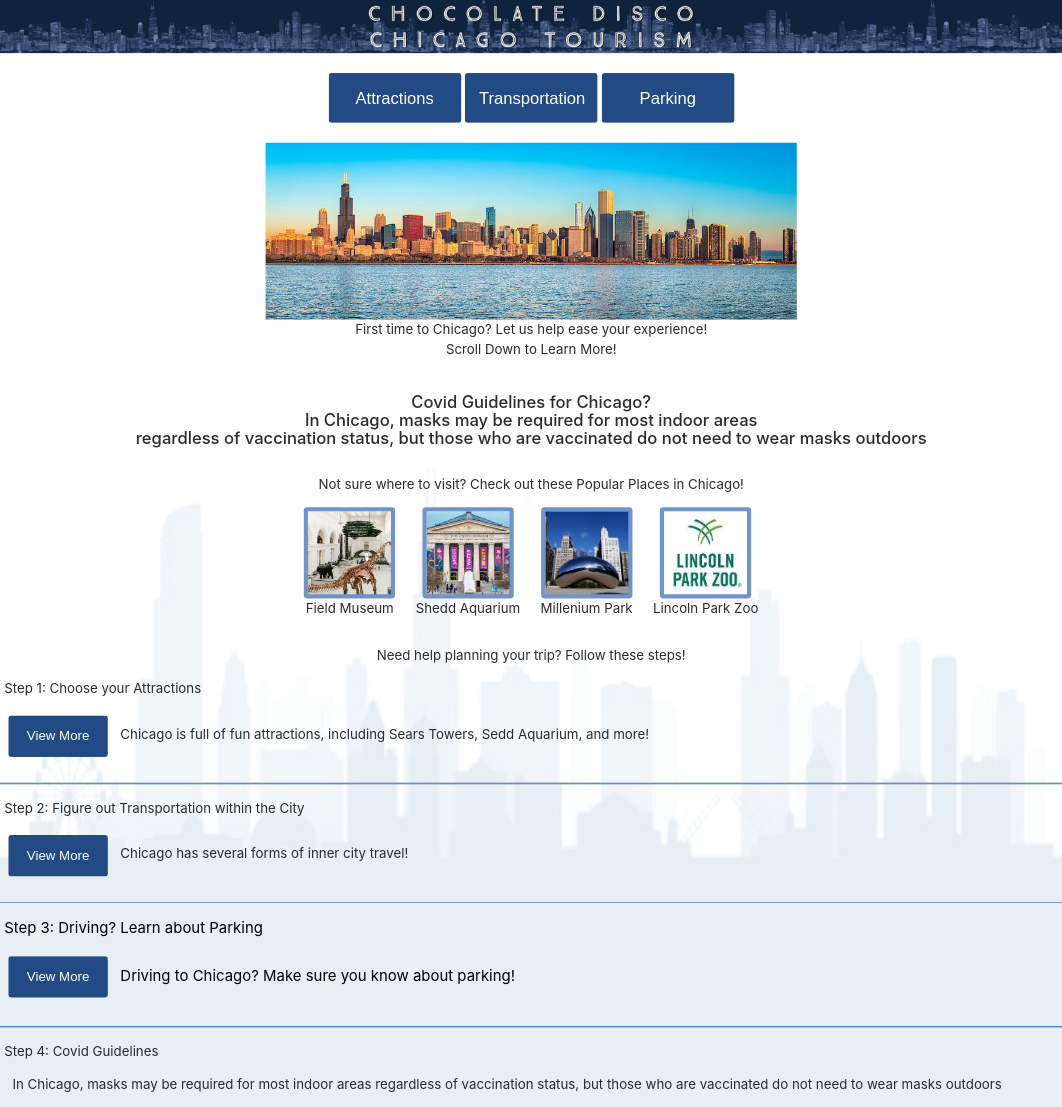
Repository: rkodit2/cs422project
Page: homepage.html
These files come from the project's save history. The page is drawn as it stood at one moment and after the next save; the edit follows.
The browser window is 1280 px wide. The pictures show the whole page, at 83% of full size.

Above is the page before, as saved 2021-11-26 13:51:25.

### homepage.html
<!DOCTYPE html>
<html>
  <head>
  <meta charset="utf-8">
  <meta name="viewport" content="width=device-width, initial-scale=1.0">


  <title>Chocolate Disco Chicago Tourism</title>
  <link rel="stylesheet" href=
  "https://maxcdn.bootstrapcdn.com/bootstrap/4.0.0-alpha.6/css/bootstrap.css">


    <link rel="stylesheet" href="homepage.css">

  </head>


  <body style="background-image:url('pictures/background5.jpg');background-position: 0px 0px; background-repeat: no-repeat;background-size: 100% 100%;">

    <div id="banner">
      <img src="pictures/bannerCopy2.jpg" alt="mainpage banner" style = "width: 100%;" title = "Chocolate Disco Chicago Tourism Homepage" class = "center" onclick="location.href='homepage.html';">
    </div>

    <br>

    <div class= "button-center">
      <button type ="button" id="Attractions" class="btn" onclick="location.href='attractions.html';" style="width: 160px; height: 60px; font-size: 20px; background-color: rgb(34, 74, 133); color: white;" onmouseenter = "this.style.backgroundColor = 'rgb(111, 148, 204)'" onmouseleave="style.backgroundColor = 'rgb(34, 74, 133)'"> Attractions </button>
      <button type ="button" id="Transportation" class="btn" onclick="location.href='transportation.html';" style="width: 160px; height: 60px; font-size: 20px; background-color: rgb(34, 74, 133); color: white;" onmouseenter = "this.style.backgroundColor = 'rgb(111, 148, 204)'" onmouseleave="style.backgroundColor = 'rgb(34, 74, 133)'"> Transportation </button>
      <button type ="button" id="Parking" class="btn" onclick="location.href='parking.html';" style="width: 160px; height: 60px; font-size: 20px; background-color: rgb(34, 74, 133); color: white;" onmouseenter = "this.style.backgroundColor = 'rgb(111, 148, 204)'" onmouseleave="style.backgroundColor = 'rgb(34, 74, 133)'"> Parking </button>
    </div>
    <br>
    <img src="pictures/skyline.jpg" alt="mainpage skyline" class = "center">
    <p style="text-align: center;"> First time to Chicago? Let us help ease your experience! <br> Scroll Down to Learn More!</p>
    <br>
    <h5 style = "text-align: center;">Covid Guidelines for Chicago? <br> In Chicago, masks may be required for most indoor areas <br> regardless of vaccination status, but those who are vaccinated do not need to wear masks outdoors </h5>
    <br>
    <p style="text-align: center;">Not sure where to visit? Check out these Popular Places in Chicago! </p>

    <div class= "button-center">
      <div class = "fm" style = "display: inline-block;  text-align: center; padding-left: 10px; padding-right: 10px;">
        <button type = "button" id = "FM" class="btn" onclick="location.href='fieldMuseum.html';" style = "width: 110px; height: 110px; vertical-align: middle; white-space: normal; background:url('pictures/Field\ Museum.jpg'); background-size: 110px 110px; border: 5px solid rgb(111, 148, 204);  background-repeat: no-repeat; background-position: center;"></button>
        <br>
        <label>Field Museum</label>
    </div>
    <div class = "shedd" style = "display: inline-block;  text-align: center; padding-left: 10px; padding-right: 10px;">
      <button type = "button" id = "Shedd" class="btn" onclick="location.href='sheddAquarium.html';" style = "width: 110px; height: 110px; vertical-align: middle; white-space: normal; background:url('pictures/Shedd-Aquarium-scaled.jpg'); background-size: 110px 110px; border: 5px solid rgb(111, 148, 204);  background-repeat: no-repeat; background-position: center;"> </button>
      <br>
      <label>Shedd Aquarium</label>
    </div>
    <div class = "mp" style = "display: inline-block;  text-align: center; padding-left: 10px; padding-right: 10px;">
      <button type = "button" id = "MP" class="btn" onclick="location.href='millenium.html';" style = "width: 110px; height: 110px; vertical-align: middle; white-space: normal; background:url('pictures/chicago-millenium-park-sculpture.jpg'); background-size: 110px 110px; border: 5px solid rgb(111, 148, 204);  background-repeat: no-repeat; background-position: center;"> </button>
      <br>
      <label>Millenium Park</label>
    </div>
    <div class = "lpz" style = "display: inline-block;  text-align: center; padding-left: 10px; padding-right: 10px;">
      <button type = "button" id = "LPZ" class="btn" onclick="location.href='lincolnParkZoo.html';" style = "width: 110px; height: 110px; vertical-align: middle; white-space: normal; background:url('pictures/download.jfif'); background-size: 110px 110px; border: 5px solid rgb(111, 148, 204);  background-repeat: no-repeat; background-position: center;"></button>
      <br>
      <label>Lincoln Park Zoo</label>
    </div>

    </div>

    <br>

    <p style="text-align: center;"> Need help planning your trip? Follow these steps!</p>

    <p style = "padding-left: 5px;"> Step 1: Choose your Attractions </p>
    <div class= "viewMore">
      <button type ="button" id="VMA" class="btn" onclick="location.href='attractions.html';" style = "width: 120px; height:50px; vertical-align: middle; margin-left: 10px; margin-top: 5px; white-space: normal; background-color: rgb(34, 74, 133); color: white;" onmouseenter = "this.style.backgroundColor = 'rgb(111, 148, 204)'" onmouseleave="style.backgroundColor = 'rgb(34, 74, 133)'"> View More </button>
      <span style = "padding: 15px;">
        <p>Chicago is full of fun attractions, including Sears Towers, Sedd Aquarium, and more! </p>
      </span>
    </div>

    <!-- <br> -->
    <hr style="background-color: rgb(111, 148, 204); height: .5px">

    <p style = "padding-left: 5px;"> Step 2: Figure out Transportation within the City </p>
    <div class= "viewMore">
      <button type ="button" id="VMT" class="btn" onclick="location.href='transportation.html';" style = "width: 120px; height:50px; vertical-align: middle;  margin-left: 10px; margin-top: 5px; white-space: normal; background-color: rgb(34, 74, 133); color: white;" onmouseenter = "this.style.backgroundColor = 'rgb(111, 148, 204)'" onmouseleave="style.backgroundColor = 'rgb(34, 74, 133)'"> View More </button>
      <span style = "padding: 15px;">
        <p> Chicago has several forms of inner city travel! </p>
      </span>
    </div>

   <!-- <br> -->
    <hr style="background-color:rgb(111, 148, 204); height: .5px">

    <p style = "padding-left: 5px; font-size: 18px; color: black;"> Step 3: Driving? Learn about Parking </p>
    <div class= "viewMore">
      <button type ="button" id="VMP" class="btn" onclick="location.href='parking.html';" style = "width: 120px; height:50px; vertical-align: middle; margin-left: 10px; margin-top: 5px; white-space: normal; background-color: rgb(34, 74, 133); color: white;" onmouseenter = "this.style.backgroundColor = 'rgb(111, 148, 204)'" onmouseleave="style.backgroundColor = 'rgb(34, 74, 133)'"> View More </button>
      <span style = "padding: 15px;">
      <p style="font-size: 18px;  color: black;"> Driving to Chicago? Make sure you know about parking! </p>
      </span>
    </div>

    <!-- <br> -->
    <hr style="background-color: rgb(111, 148, 204); height: .5px">

    <p style = "padding-left: 5px;">Step 4: Covid Guidelines</p>
    <p style = "padding-left: 15px;"> In Chicago, masks may be required for most indoor areas regardless of vaccination status, but those who are vaccinated do not need to wear masks outdoors </p>
  </body>
</html>

### homepage.css
.button-center {
    text-align: center;
  }

.viewMore {
    display: flex;
    vertical-align: middle;
}
.center {
  display: block;
  margin-left: auto;
  margin-right: auto;
  width: 50%;
}
.gmap{
  display: flex;
  vertical-align: middle;
}

ul li{
  font-size:20px;
 }

After the next save:
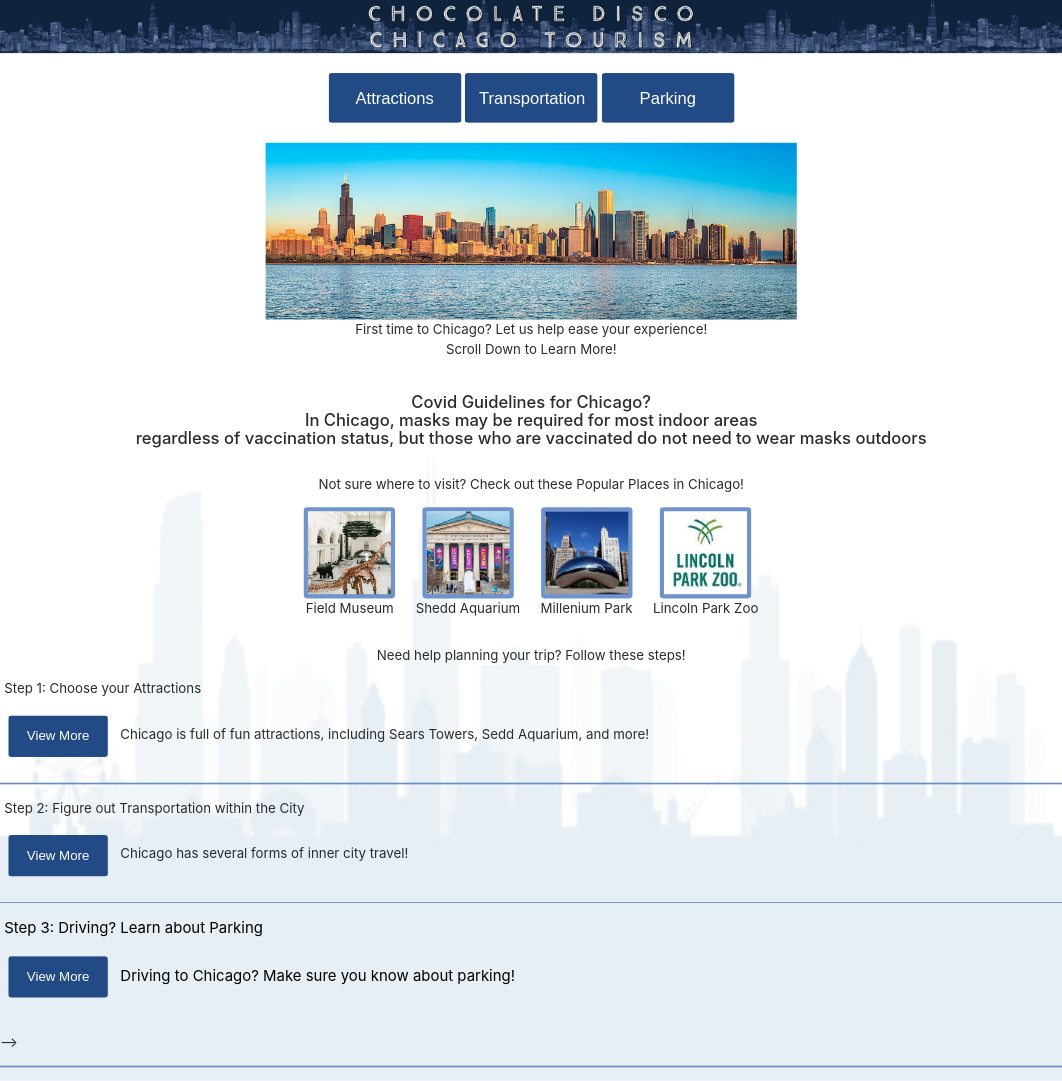
Saved 48 s later.
--- a/homepage.html
+++ b/homepage.html
@@ -94,10 +94,11 @@
       </span>
     </div>
 
-    <!-- <br> -->
+    <!-- <br> --><br> -->
     <hr style="background-color: rgb(111, 148, 204); height: .5px">
-
+    <!-- <br>
     <p style = "padding-left: 5px;">Step 4: Covid Guidelines</p>
     <p style = "padding-left: 15px;"> In Chicago, masks may be required for most indoor areas regardless of vaccination status, but those who are vaccinated do not need to wear masks outdoors </p>
+    -->
   </body>
 </html>
